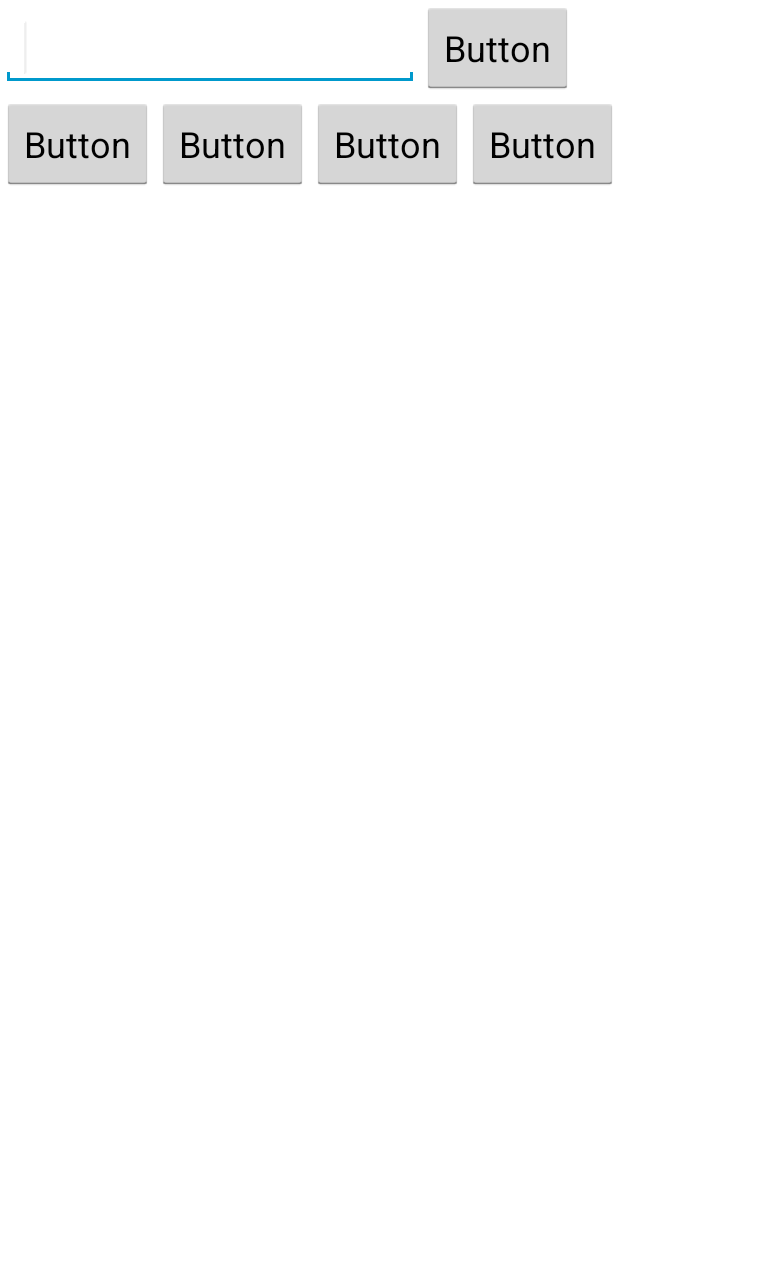
Repository: pcombi/android_dev
Layout: ExampleApp/res/layout/simplebrowser.xml
The author's editor kept a copy of each file at every save. The layout is drawn from the files as they stood at one save, then again after the next save.
It is drawn on a 768 x 1280 px phone screen (xhdpi) without system bars, with theme AppTheme; the app's code is not run.

Above is the layout before, as saved 2012-12-24 23:15:01.

### ExampleApp/res/layout/simplebrowser.xml
<?xml version="1.0" encoding="utf-8"?>
<LinearLayout xmlns:android="http://schemas.android.com/apk/res/android"
    android:layout_width="match_parent"
    android:layout_height="match_parent"
    android:orientation="vertical" >

    <LinearLayout
        xmlns:android="http://schemas.android.com/apk/res/android"
        android:layout_width="wrap_content"
        android:layout_height="wrap_content"
        android:orientation="horizontal"
        android:weightSum="10" >

        <EditText
            android:id="@+id/editText1"
            android:layout_width="match_parent"
            android:layout_height="wrap_content"
            android:layout_weight="2"
            android:ems="10" >

            <requestFocus />
        </EditText>

        <Button
            android:id="@+id/button3"
            android:layout_width="wrap_content"
            android:layout_height="wrap_content"
            android:layout_weight="8"
            android:text="Button" />
    </LinearLayout>

    <LinearLayout
        xmlns:android="http://schemas.android.com/apk/res/android"
        android:layout_width="wrap_content"
        android:layout_height="wrap_content"
        android:orientation="horizontal"
        android:weightSum="8" >

        <Button
            android:id="@+id/button2"
            android:layout_width="wrap_content"
            android:layout_height="wrap_content"
            android:layout_weight="2"
            android:text="Button" />

        <Button
            android:id="@+id/button1"
            android:layout_width="wrap_content"
            android:layout_height="wrap_content"
            android:layout_weight="2"
            android:text="Button" />

        <Button
            android:id="@+id/button4"
            android:layout_width="wrap_content"
            android:layout_height="wrap_content"
            android:layout_weight="2"
            android:text="Button" />

        <Button
            android:id="@+id/button5"
            android:layout_width="wrap_content"
            android:layout_height="wrap_content"
            android:layout_weight="2"
            android:text="Button" />
    </LinearLayout>

</LinearLayout>

Loaded but not shown: ExampleApp/res/values/styles.xml (common file); ExampleApp/res/values-v11/styles.xml (common file); ExampleApp/res/values-v14/styles.xml (common file)

After the next save:
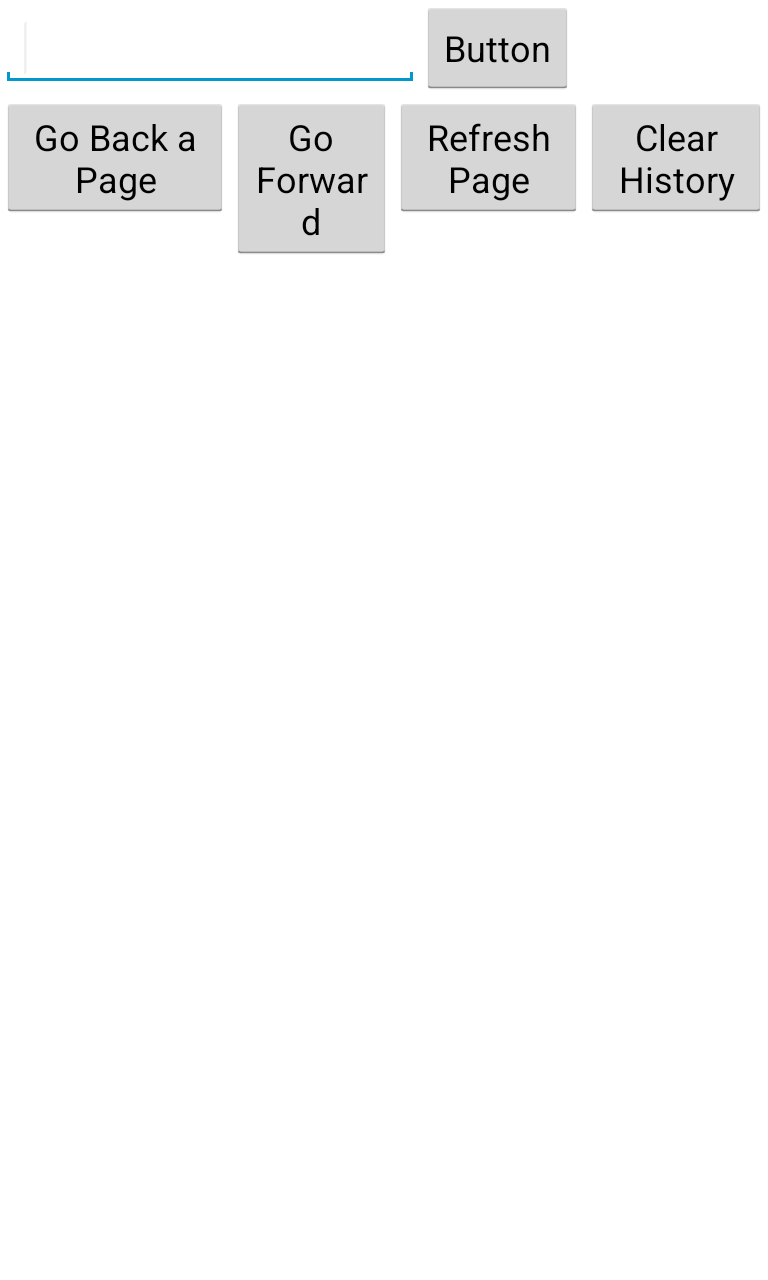
Saved 2 min 33 s later.
--- a/ExampleApp/res/layout/simplebrowser.xml
+++ b/ExampleApp/res/layout/simplebrowser.xml
@@ -37,32 +37,32 @@
         android:weightSum="8" >
 
         <Button
-            android:id="@+id/button2"
+            android:id="@+id/bBack"
             android:layout_width="wrap_content"
             android:layout_height="wrap_content"
             android:layout_weight="2"
-            android:text="Button" />
+            android:text="Go Back a Page" />
 
         <Button
-            android:id="@+id/button1"
+            android:id="@+id/bForward"
             android:layout_width="wrap_content"
             android:layout_height="wrap_content"
             android:layout_weight="2"
-            android:text="Button" />
+            android:text="Go Forward" />
 
         <Button
-            android:id="@+id/button4"
+            android:id="@+id/bRefresh"
             android:layout_width="wrap_content"
             android:layout_height="wrap_content"
             android:layout_weight="2"
-            android:text="Button" />
+            android:text="Refresh Page" />
 
         <Button
-            android:id="@+id/button5"
+            android:id="@+id/bHistory"
             android:layout_width="wrap_content"
             android:layout_height="wrap_content"
             android:layout_weight="2"
-            android:text="Button" />
+            android:text="Clear History" />
     </LinearLayout>
 
 </LinearLayout>
